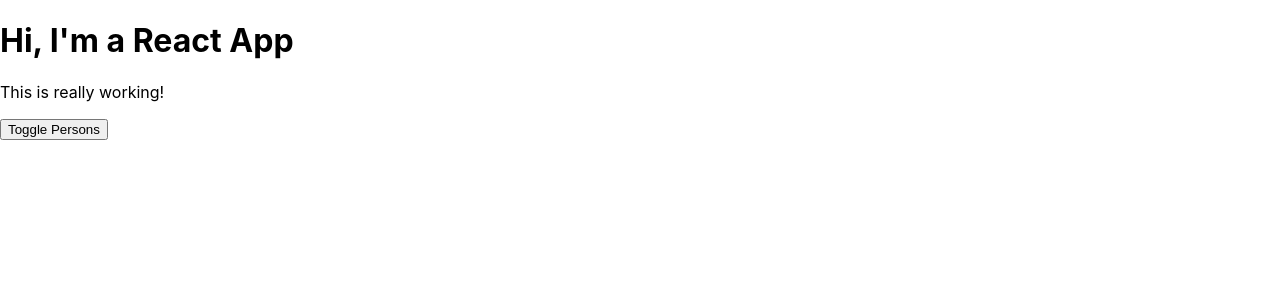
Repository: legil/first-react-app
Page: /
An editor plug-in stored every save of this project. The page is shown before and after the next save, followed by the edit.
The browser window is 1280 px wide. The pictures show the whole page.
The project was rebuilt for these pictures with package versions that can differ from the ones it lists, and the page was loaded fresh each time. Also part of the build but not shown: src/containers/App.css, src/components/Persons/Person/Person.css, src/components/Persons/Person/Person.js, src/components/Persons/Persons.js, src/components/Cockpit/Cockpit.css.

Above is the page before, as saved 2019-04-09 04:22:38.

After the next save:
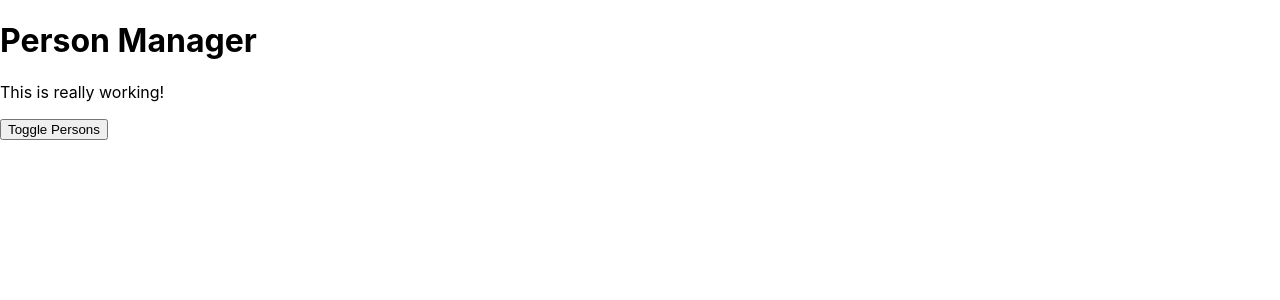
Saved 16 s later.
--- a/src/components/Cockpit/Cockpit.js
+++ b/src/components/Cockpit/Cockpit.js
@@ -19,7 +19,7 @@ const cockpit = ( props ) => {
 
     return (
         <div className={classes.Cockpit}>
-            <h1> Hi, I'm a React App</h1>
+            <h1> {props.title}</h1>
             <p className = {assignedClasses.join(' ')}> This is really working!</p>
             <button className = {btnClass}
                     onClick = {props.clicked}>Toggle Persons</button>
